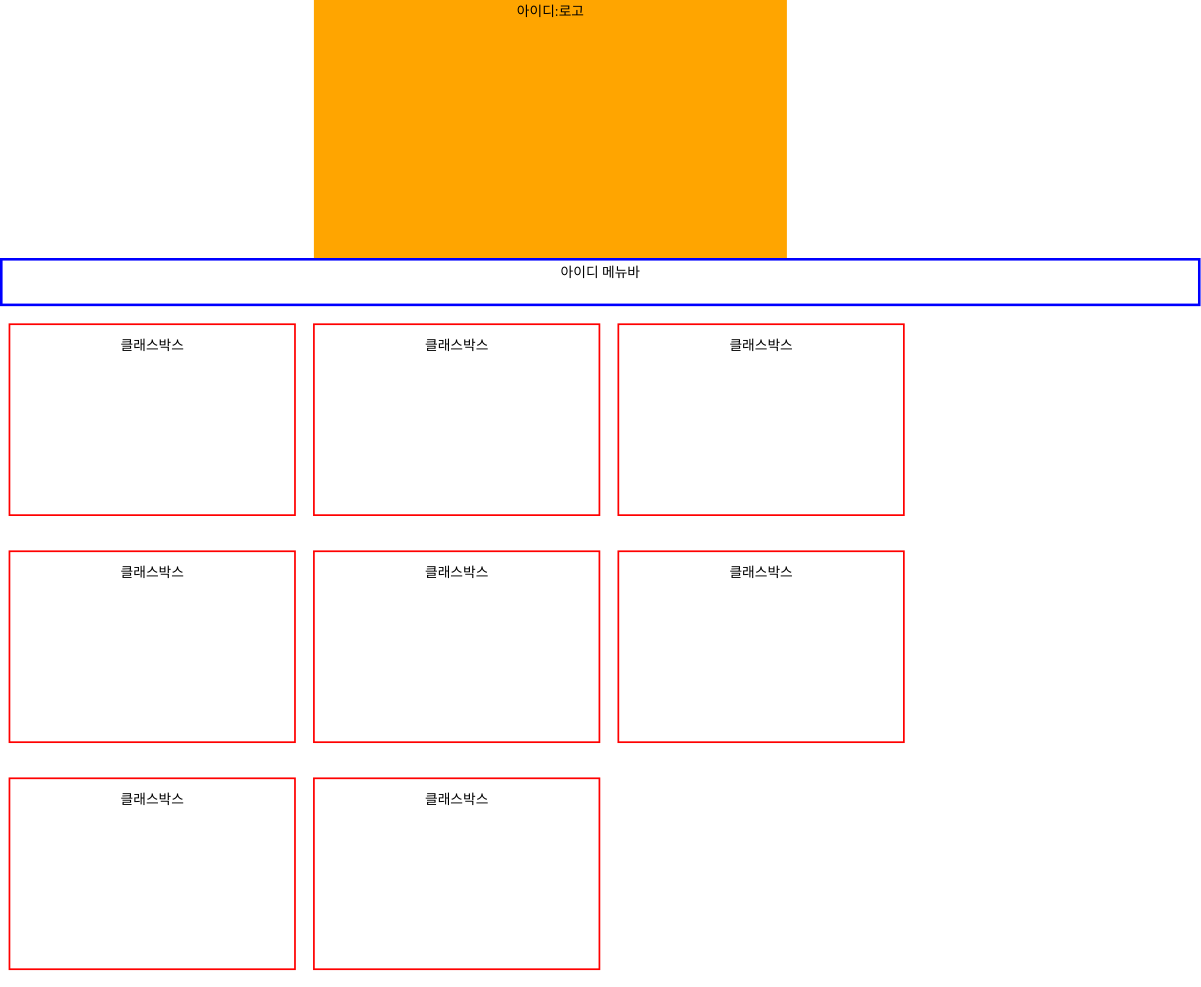
Repository: gwonjunsu95/html5
Page: html5/WebContent/day0303.html
The author's editor kept a copy of each file at every save. The page is drawn from the files as they stood at one save, then again after the next save.
The browser window is 1280 px wide. The page is 1396 px wide, so the pictures cover 1396 px, including what lies to the right of the window. The pictures show the whole page, at 86% of full size.

Above is the page before, as saved 2020-04-20 04:57:16.

### html5/WebContent/day0303.html
<!DOCTYPE html>
<html>
<head>
	<meta charset="UTF-8">
	<title>문제 2</title>
	<style>
		*{
			margin: 0;
			padding: 0;
			text-decoration: none;
			list-style: none;
			text-align: center;
		}

		#logo{
			width: 550px;
			height: 300px;
			margin: 0 auto;
			background: orange;


		}

		#menubar{
			width: 1390px;
			height: 50px;
			border: 3px solid blue;
			margin: 0 auto;
		}

		.box{
			width: 300px;
			height: 200px;
			border: 2px solid red;
			margin: 20px 10px;
			padding: 10px 15px;
			float: left;
		}
	</style>
</head>
<body>
	<div id = "logo">아이디:로고</div>
	<div id = "menubar">아이디 메뉴바</div>
	<div class = "box">클래스박스</div>
	<div class = "box">클래스박스</div>
	<div class = "box">클래스박스</div>
	<div class = "box">클래스박스</div>
	<div class = "box">클래스박스</div>
	<div class = "box">클래스박스</div>
	<div class = "box">클래스박스</div>
	<div class = "box">클래스박스</div>

</body>
</html>

After the next save:
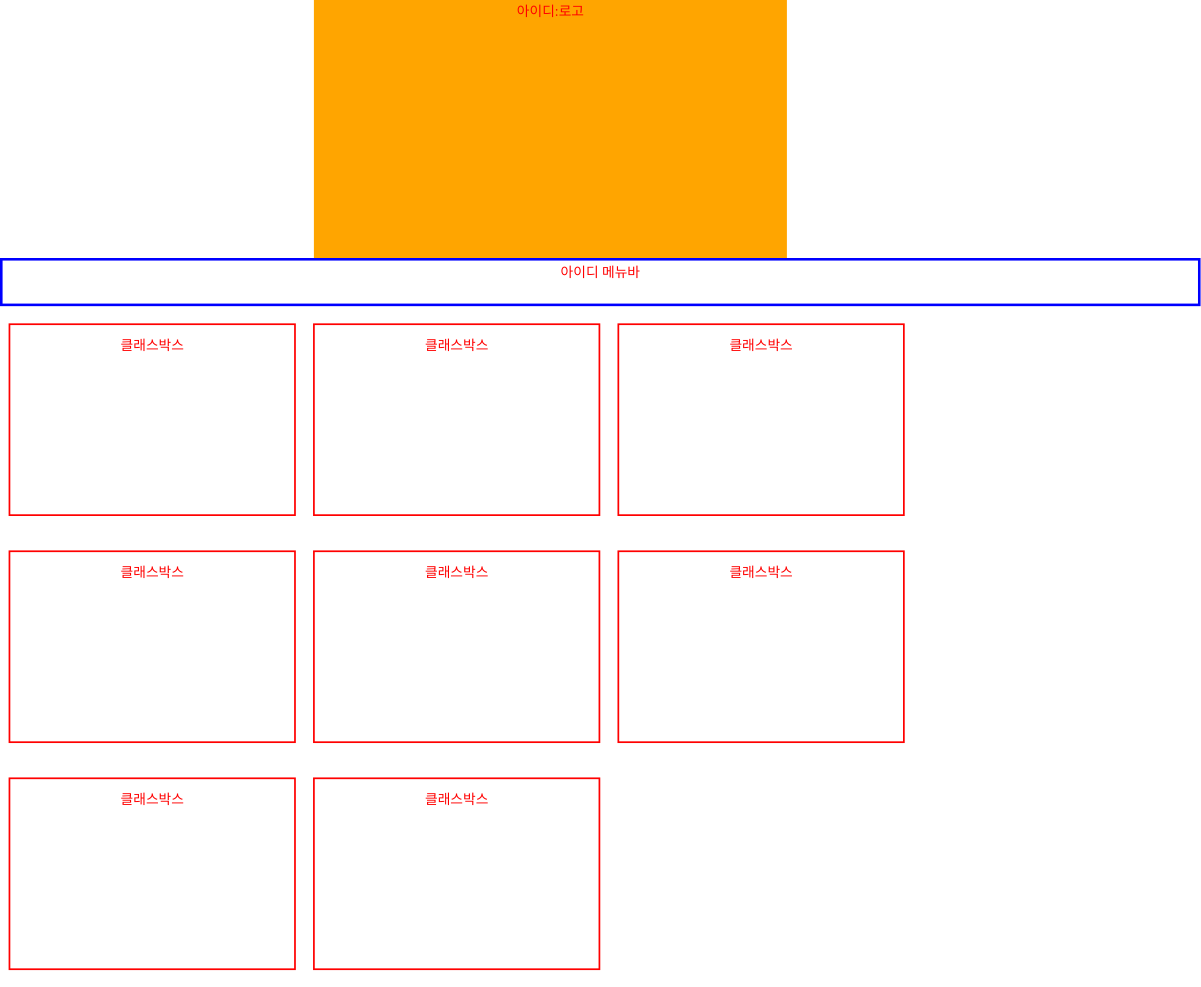
Saved 40 s later.
--- a/html5/WebContent/day0303.html
+++ b/html5/WebContent/day0303.html
@@ -10,6 +10,7 @@
 			text-decoration: none;
 			list-style: none;
 			text-align: center;
+			color: red
 		}
 
 		#logo{
